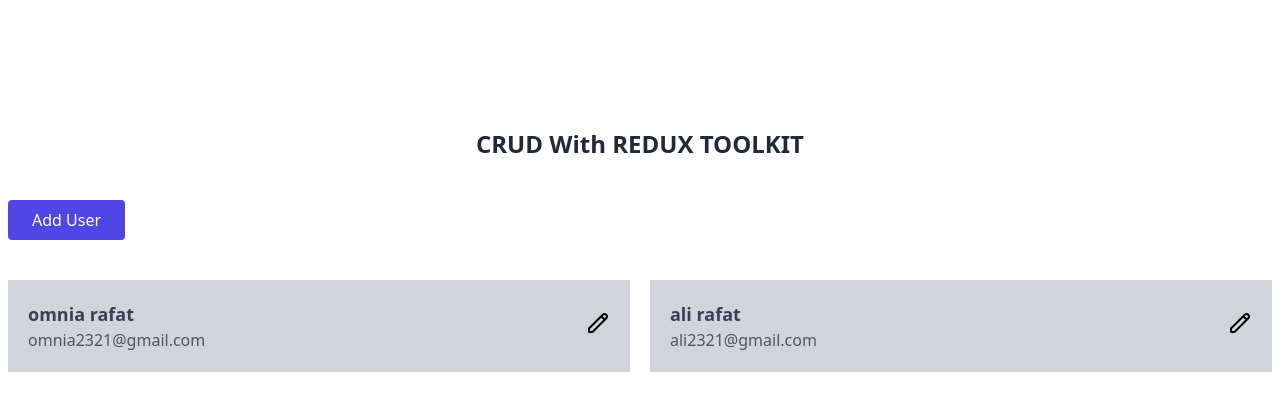
Repository: OmniaRafat232111121/Crud-reduxtoolkit
Page: /
An editor plug-in stored every save of this project. The page is shown before and after the next save, followed by the edit.
The browser window is 1280 px wide. The pictures show the whole page.
The project was rebuilt for these pictures with package versions that can differ from the ones it lists, and the page was loaded fresh each time. Also part of the build but not shown: src/components/TextField.jsx, src/features/users/AddUser.jsx, src/features/users/EditUser.jsx.

Above is the page before, as saved 2023-02-10 16:14:05.

After the next save:
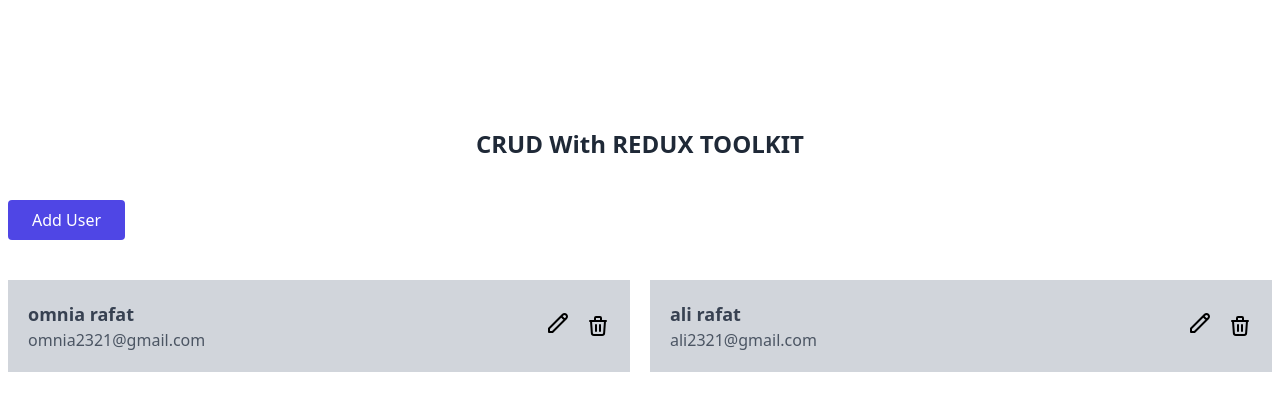
Saved 4 s later.
--- a/src/features/users/UserList.jsx
+++ b/src/features/users/UserList.jsx
@@ -27,6 +27,13 @@ const UserList = () => {
           </button>
               </Link>
 
+        <button
+          onClick={() => handleRemoveUser(user.id)}
+        >
+          <svg xmlns="http://www.w3.org/2000/svg" className="h-6 w-6" fill="none" viewBox="0 0 24 24" stroke="currentColor" strokeWidth={2}>
+            <path strokeLinecap="round" strokeLinejoin="round" d="M19 7l-.867 12.142A2 2 0 0116.138 21H7.862a2 2 0 01-1.995-1.858L5 7m5 4v6m4-6v6m1-10V4a1 1 0 00-1-1h-4a1 1 0 00-1 1v3M4 7h16" />
+          </svg>
+              </button>
 
       </div>
     </div>
